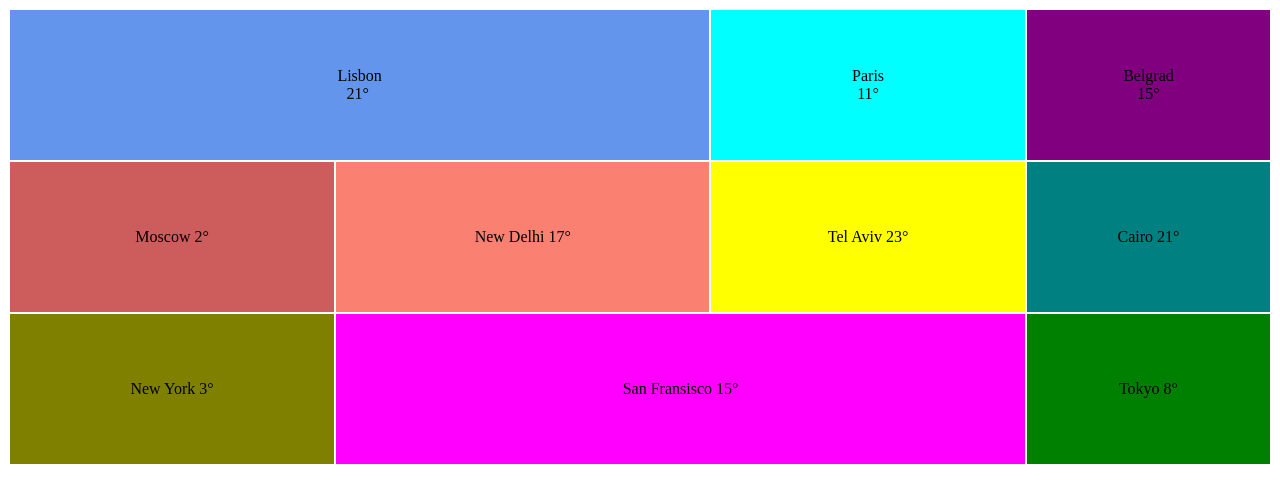
Repository: aysedo/html
Page: Week_2/index.html
These files come from the project's save history. The page is drawn as it stood at one moment and after the next save; the edit follows.
The browser window is 1280 px wide. The pictures show the whole page.

Above is the page before, as saved 2021-08-24 15:00:55.

### Week_2/index.html
<!DOCTYPE html>
<html lang="en">
  <head>
    <meta charset="UTF-8" />
    <meta http-equiv="X-UA-Compatible" content="IE=edge" />
    <meta name="viewport" content="width=device-width, initial-scale=1.0" />
    <title>Document</title>
  </head>
  <body>
    <table width="100%">
      <tr height="150">
        <td colspan="2" bgcolor="cornflowerblue" align="center">Lisbon <br />21° <img scr="img.png">
        </td>
        <td bgcolor="Aqua" align="center">Paris <br /> 11°</td>
        <td bgcolor="Purple" align="center">Belgrad <br /> 15°</td>
      </tr>
      <tr height="150">
        <td bgcolor="Indianred" align="center" >Moscow 2°</td>
        <td bgcolor="Salmon" align="center" >New Delhi 17°</td>
        <td bgcolor="Yellow" align="center" >Tel Aviv 23°</td>
        <td bgcolor="Teal" align="center" >Cairo 21°</td>
      </tr>
      <tr height="150">
        <td bgcolor="Olive" align="center">New York 3°</td>
        <td colspan="2" bgcolor="Fuchsia" align="center" >San Fransisco 15°</td>
        <td bgcolor="Green" align="center" >Tokyo 8°</td>
      </tr>
    </table>
  </body>
</html>

After the next save:
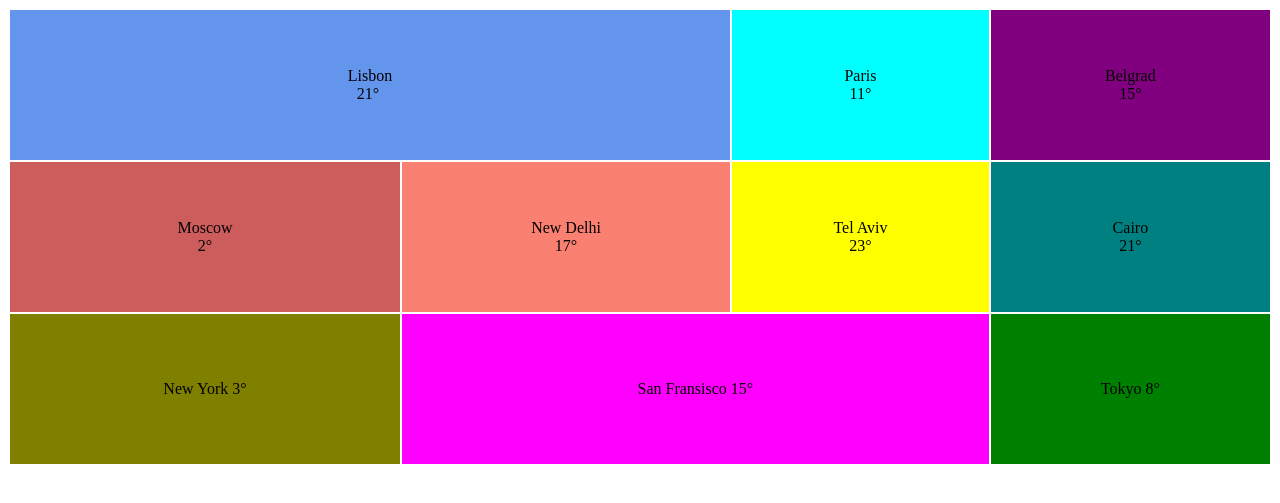
Saved 85 s later.
--- a/Week_2/index.html
+++ b/Week_2/index.html
@@ -15,10 +15,10 @@
         <td bgcolor="Purple" align="center">Belgrad <br /> 15°</td>
       </tr>
       <tr height="150">
-        <td bgcolor="Indianred" align="center" >Moscow 2°</td>
-        <td bgcolor="Salmon" align="center" >New Delhi 17°</td>
-        <td bgcolor="Yellow" align="center" >Tel Aviv 23°</td>
-        <td bgcolor="Teal" align="center" >Cairo 21°</td>
+        <td bgcolor="Indianred" align="center" >Moscow <br /> 2°</td>
+        <td bgcolor="Salmon" align="center" >New Delhi <br /> 17°</td>
+        <td bgcolor="Yellow" align="center" >Tel Aviv <br /> 23°</td>
+        <td bgcolor="Teal" align="center" >Cairo <br /> 21°</td>
       </tr>
       <tr height="150">
         <td bgcolor="Olive" align="center">New York 3°</td>
